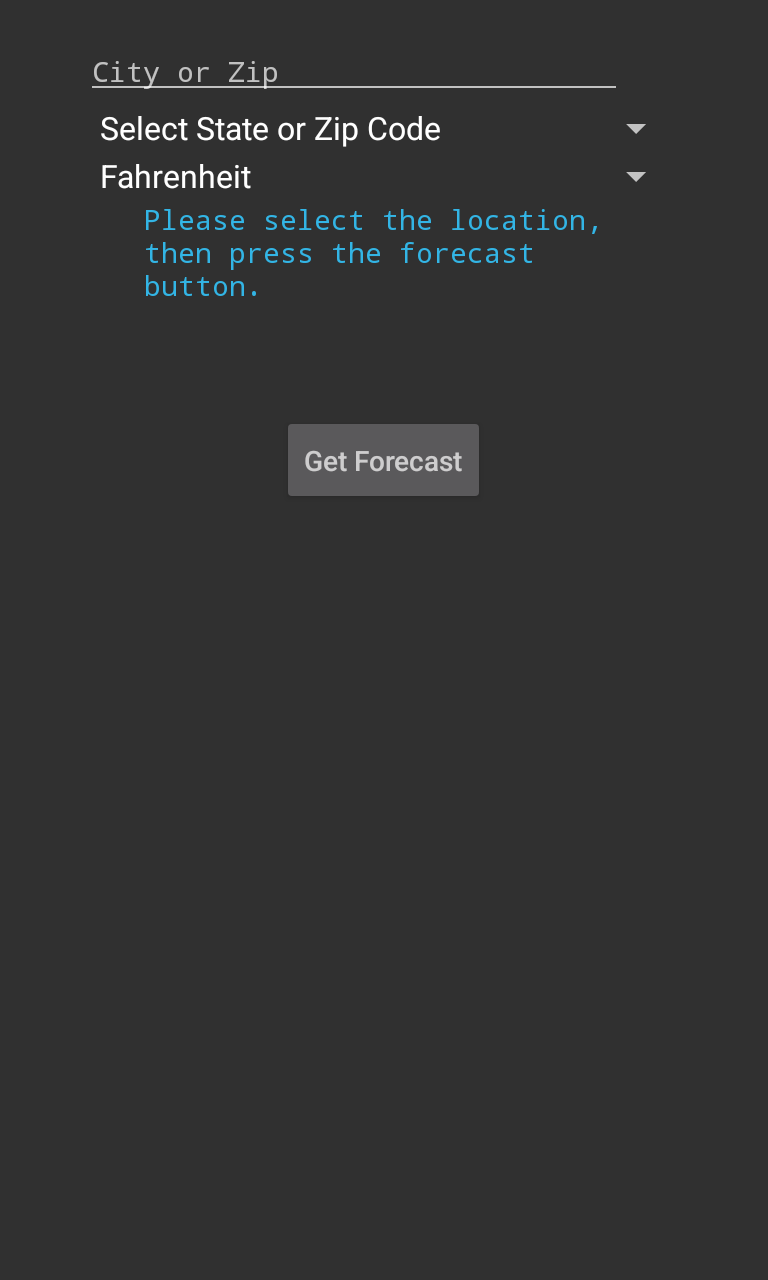
Repository: g80349/Java1
Layout: Week4/Weather/res/layout/activity_main.xml
The author's editor kept a copy of each file at every save. The layout is drawn from the files as they stood at one save, then again after the next save.
It is drawn on a 768 x 1280 px phone screen (xhdpi) without system bars, with theme Theme.AppCompat; the app's code is not run.

Above is the layout before, as saved 2014-04-30 18:13:37.

### Week4/Weather/res/layout/activity_main.xml
<RelativeLayout xmlns:android="http://schemas.android.com/apk/res/android"
    xmlns:tools="http://schemas.android.com/tools"
    android:layout_width="match_parent"
    android:layout_height="match_parent"
    android:paddingBottom="@dimen/activity_vertical_margin"
    android:paddingLeft="@dimen/activity_horizontal_margin"
    android:paddingRight="@dimen/activity_horizontal_margin"
    android:paddingTop="@dimen/activity_vertical_margin"
    tools:context="com.example.weather.MainActivity$PlaceholderFragment" >

    <EditText
        android:id="@+id/edit_city"
        android:layout_width="300dp"
        android:layout_height="wrap_content"
        android:layout_alignLeft="@+id/state"
        android:layout_alignRight="@+id/forecast"
        android:hint="@string/cityText"
        style="@style/textStyle" />

    <Spinner
        android:id="@+id/state"
        android:layout_width="300dp"
        android:layout_height="wrap_content"
        android:layout_below="@+id/edit_city"
        android:layout_centerHorizontal="true"
        android:entries="@array/state_array" />

    <Spinner
        android:id="@+id/measurement"
        android:layout_width="300dp"
        android:layout_height="wrap_content"
        android:layout_alignLeft="@+id/state"
        android:layout_below="@+id/state"
        android:entries="@array/measurement_array" />

    <TextView
        android:id="@+id/forecast"
        android:layout_width="240dp"
        android:layout_height="wrap_content"
        android:layout_below="@+id/measurement"
        android:layout_centerHorizontal="true"
        android:text="@string/forecast_text"
        style="@style/textStyle"/>

    <Button
        android:id="@+id/enter"
        android:layout_width="wrap_content"
        android:layout_height="wrap_content"
        android:layout_below="@+id/forecast"
        android:layout_centerHorizontal="true"
        android:layout_marginTop="54dp"
        android:hint="@string/enter_button"
        android:onClick="onClick" />

</RelativeLayout>

### Week4/Weather/res/values/strings.xml
<?xml version="1.0" encoding="utf-8"?>
<resources>

    <string name="app_name">Weather</string>
    <string name="forecast_text">Please select the location, then press the forecast button.</string>
    <string name="action_settings">Settings</string>

    <string name="cityText">City or Zip</string>
    <string-array name="state_array">
        <item>Select State or Zip Code</item>
        <item>Zip Code</item>
        <item>AL</item>
        <item>AK</item>
        <item>AZ</item>
        <item>AR</item>
        <item>CA</item>
        <item>CO</item>
        <item>CT</item>
        <item>DE</item>
        <item>FL</item>
        <item>GA</item>
        <item>HI</item>
        <item>ID</item>
        <item>IL</item>
        <item>IN</item>
        <item>IA</item>
        <item>KS</item>
        <item>KY</item>
        <item>LA</item>
        <item>ME</item>
        <item>MD</item>
        <item>MA</item>
        <item>MI</item>
        <item>MN</item>
        <item>MS</item>
        <item>MO</item>
        <item>MT</item>
        <item>NE</item>
        <item>NV</item>
        <item>NH</item>
        <item>NJ</item>
        <item>NM</item>
        <item>NY</item>
        <item>NC</item>
        <item>ND</item>
        <item>OH</item>
        <item>OK</item>
        <item>OR</item>
        <item>PA</item>
        <item>RI</item>
        <item>SC</item>
        <item>SD</item>
        <item>TN</item>
        <item>TX</item>
        <item>UT</item>
        <item>VT</item>
        <item>VA</item>
        <item>WA</item>
        <item>WV</item>
        <item>WI</item>
        <item>WY</item>
    </string-array>
    <string-array name="measurement_array">
        <item>Fahrenheit</item>
        <item>Celcius</item>
    </string-array>

    <string name="enter_button">Get Forecast</string>

</resources>

### Week4/Weather/res/values/styles.xml
<resources>

    <!--
        Base application theme, dependent on API level. This theme is replaced
        by AppBaseTheme from res/values-vXX/styles.xml on newer devices.
    -->
    <style name="AppBaseTheme" parent="Theme.AppCompat.Light">
        <!--
            Theme customizations available in newer API levels can go in
            res/values-vXX/styles.xml, while customizations related to
            backward-compatibility can go here.
        -->
    </style>

    <!-- Application theme. -->
  <!--  <style name="AppTheme" parent="AppBaseTheme">
         All customizations that are NOT specific to a particular API-level can go here. -->
        <style name="textStyle" parent="@style/Theme.AppCompat">
			<item name="android:layout_width">fill_parent</item>
			<item name="android:layout_height">wrap_content</item>
			<item name="android:textColor">#33B5E5</item>
			<item name="android:typeface">monospace</item>
		</style>
    <!--</style>-->

</resources>

Loaded but not shown: Week4/Weather/res/values/dimens.xml (common file); Week4/Weather/res/values-w820dp/dimens.xml (common file)

After the next save:
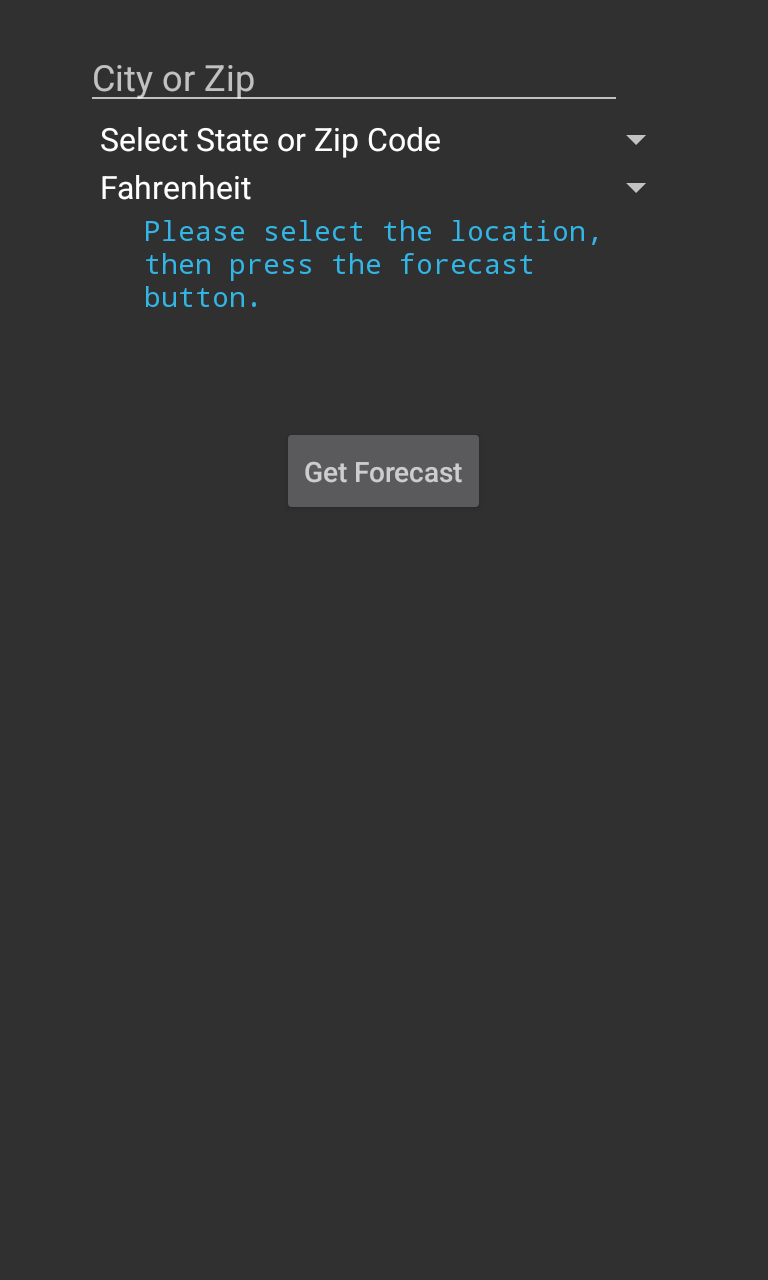
Saved 80 s later.
--- a/Week4/Weather/res/layout/activity_main.xml
+++ b/Week4/Weather/res/layout/activity_main.xml
@@ -14,8 +14,7 @@
         android:layout_height="wrap_content"
         android:layout_alignLeft="@+id/state"
         android:layout_alignRight="@+id/forecast"
-        android:hint="@string/cityText"
-        style="@style/textStyle" />
+        android:hint="@string/cityText" />
 
     <Spinner
         android:id="@+id/state"
